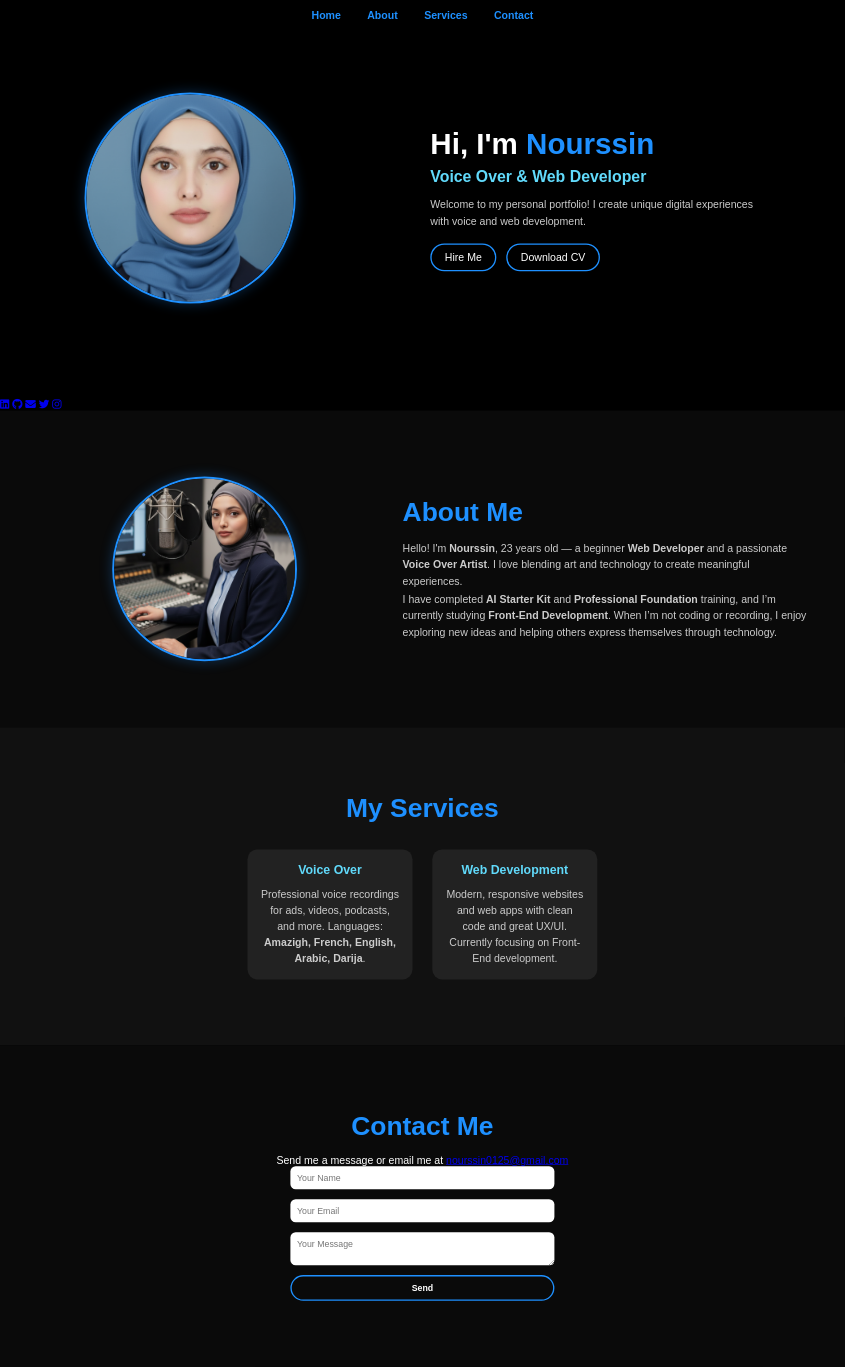
Repository: Abidar-Noura/portfolio
Page: index.html
An editor plug-in stored every save of this project. The page is shown before and after the next save, followed by the edit.
The browser window is 1280 px wide. The pictures show the whole page, at 66% of full size.

Above is the page before, as saved 2025-11-02 12:55:36.

After the next save:
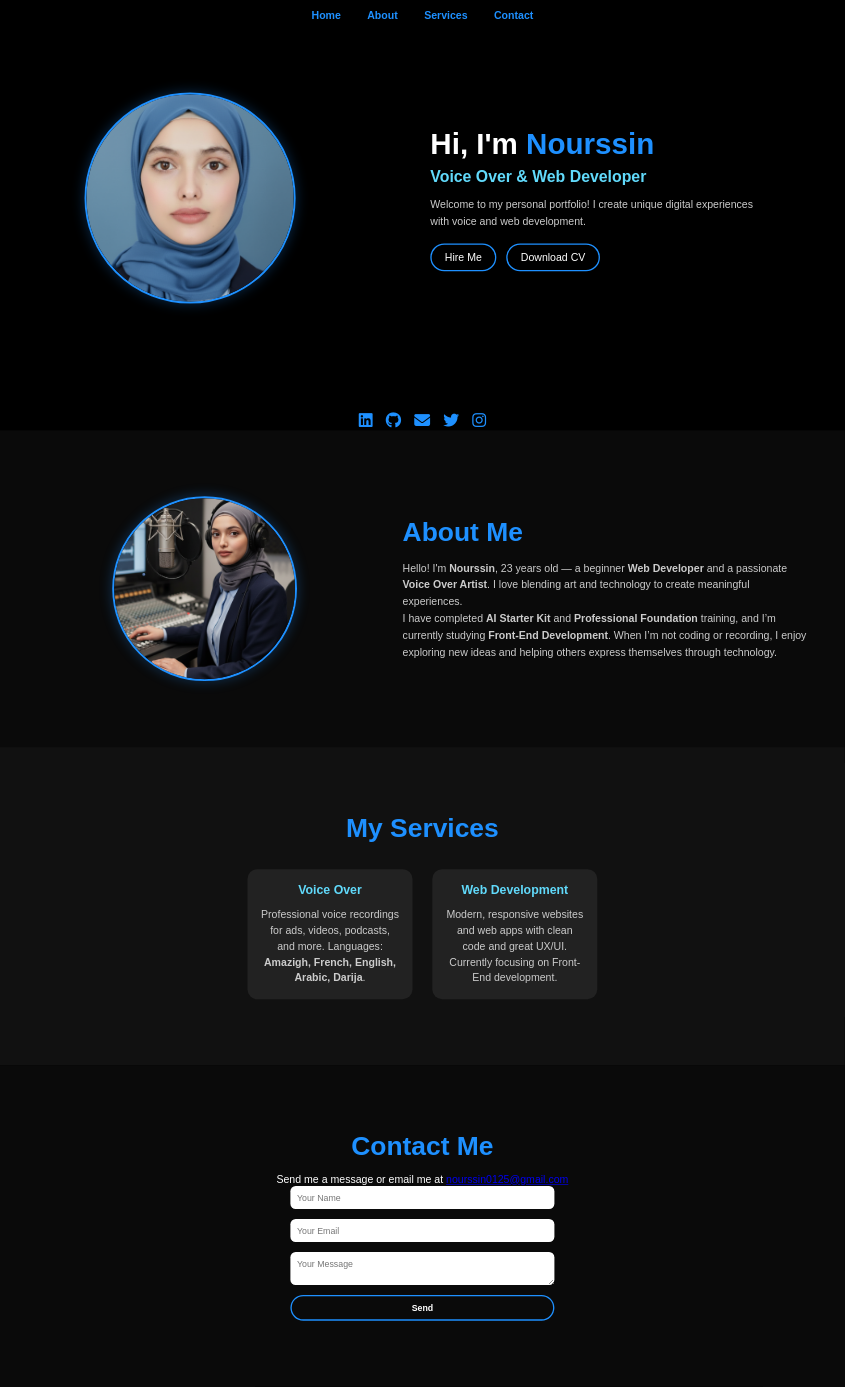
Saved 92 s later.
--- a/style.css
+++ b/style.css
@@ -316,3 +316,20 @@ header nav ul li a:hover {
     justify-content: center;
   }
 }
+.socials {
+  margin-top: 20px;
+  display: flex;
+  gap: 20px;
+  justify-content: center;
+}
+
+.socials a {
+  color: #1E90FF;
+  font-size: 1.5rem;
+  transition: 0.3s;
+}
+
+.socials a:hover {
+  color: #61dafb;
+  transform: scale(1.2);
+}
